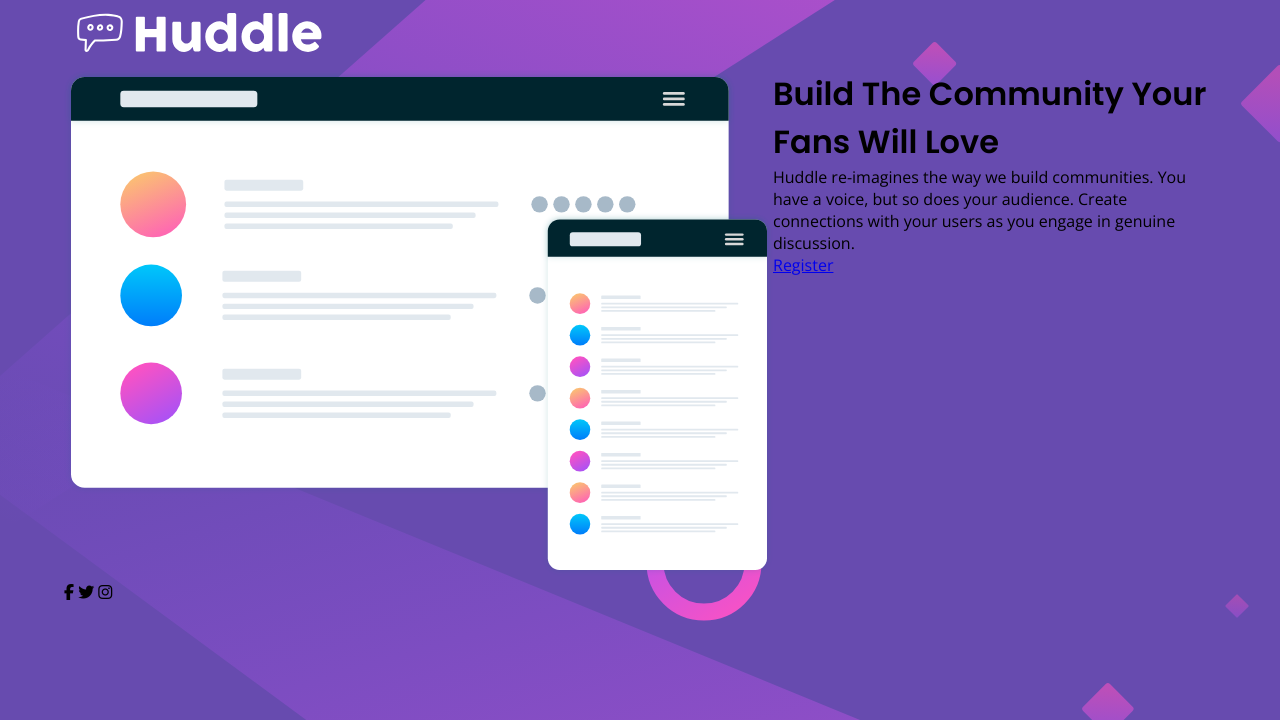
Repository: ankitnayak09/FrontEndMentor-Solutions
Page: huddle-landing-page-with-single-introductory-section-master/index.html
The author's editor kept a copy of each file at every save. The page is drawn from the files as they stood at one save, then again after the next save.
The browser window is 1280 px wide. The pictures show the whole page.
Some web libraries are served in a nearby version.

Above is the page before, as saved 2021-07-07 18:52:18.

After the next save:
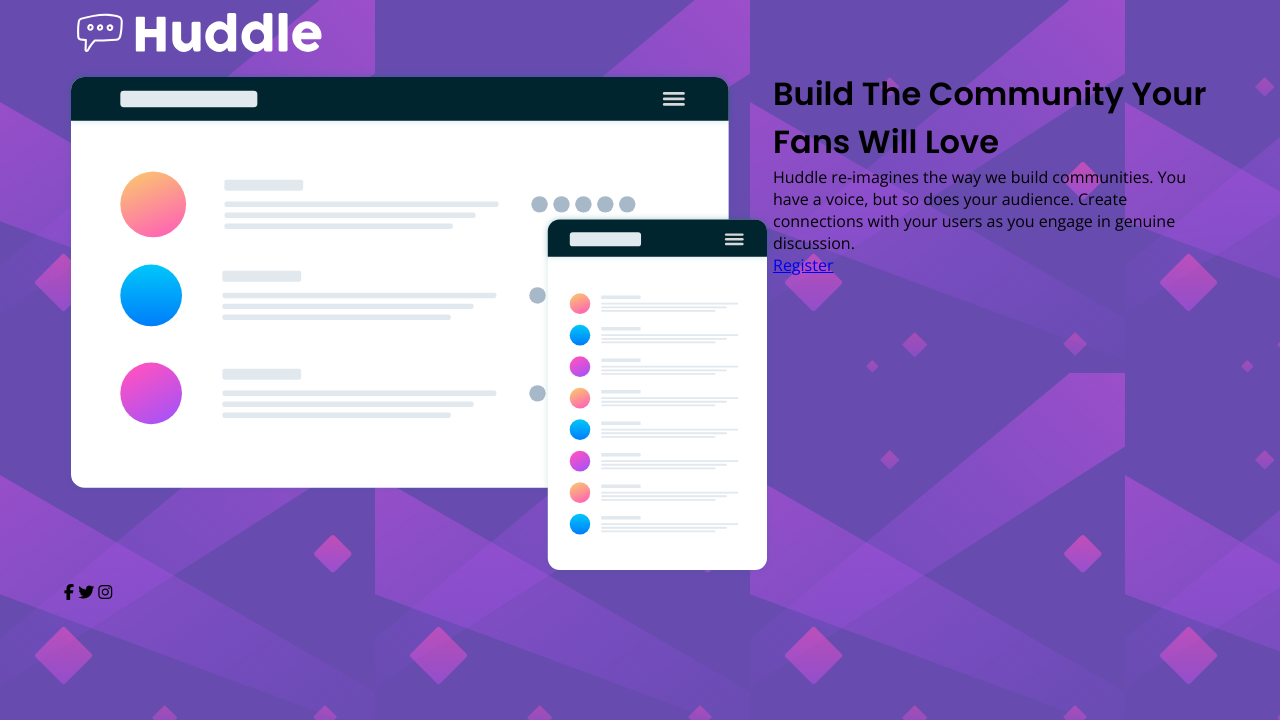
Saved 28 s later.
--- a/huddle-landing-page-with-single-introductory-section-master/style.css
+++ b/huddle-landing-page-with-single-introductory-section-master/style.css
@@ -10,7 +10,7 @@
     height: 100vh;
     width: 100vw;
     margin: auto;
-    background-image: url(images/bg-desktop.svg);
+    background-image: url(images/bg-mobile.svg);
     background-color: hsl(257, 40%, 49%);
     padding: 0 5%;
 }
